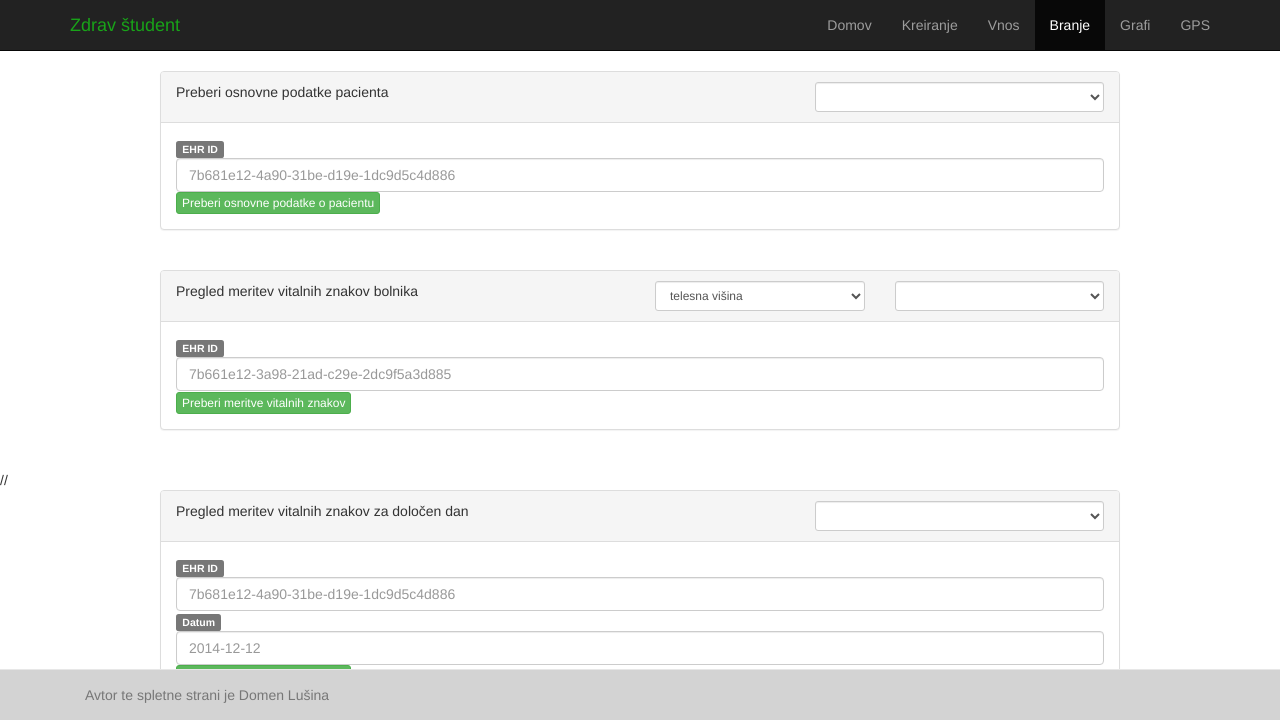
Repository: dl4184/ois-dn4
Page: branje.html
The author's editor kept a record of every edit. The page is drawn from the files as they stood at one moment, then again after the next edit.
The browser window is 1280 px wide. The pictures show the whole page.
Some web libraries are served in a nearby version.

Above is the page before.
Not found: css/styles.css

After the next edit:
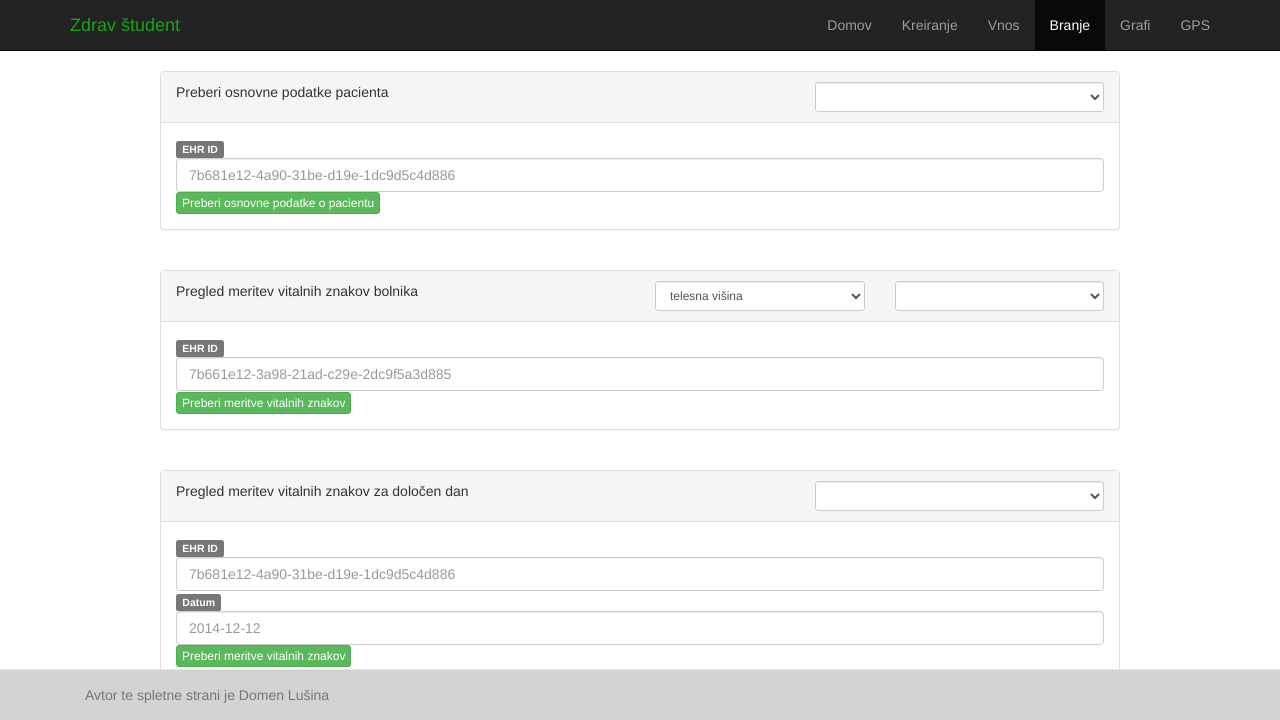
The edit:
--- a/branje.html
+++ b/branje.html
@@ -73,7 +73,7 @@
 
 				        <br></br>
 
-				       //<div class="panel panel-default" style="width: 75%;margin: 0 auto">
+				       <div class="panel panel-default" style="width: 75%;margin: 0 auto">
                            <div class="panel-heading">
                                <div class="row">
                                     <div class="col-lg-8 col-md-8 col-sm-8">Pregled meritev vitalnih znakov za določen dan</div>
